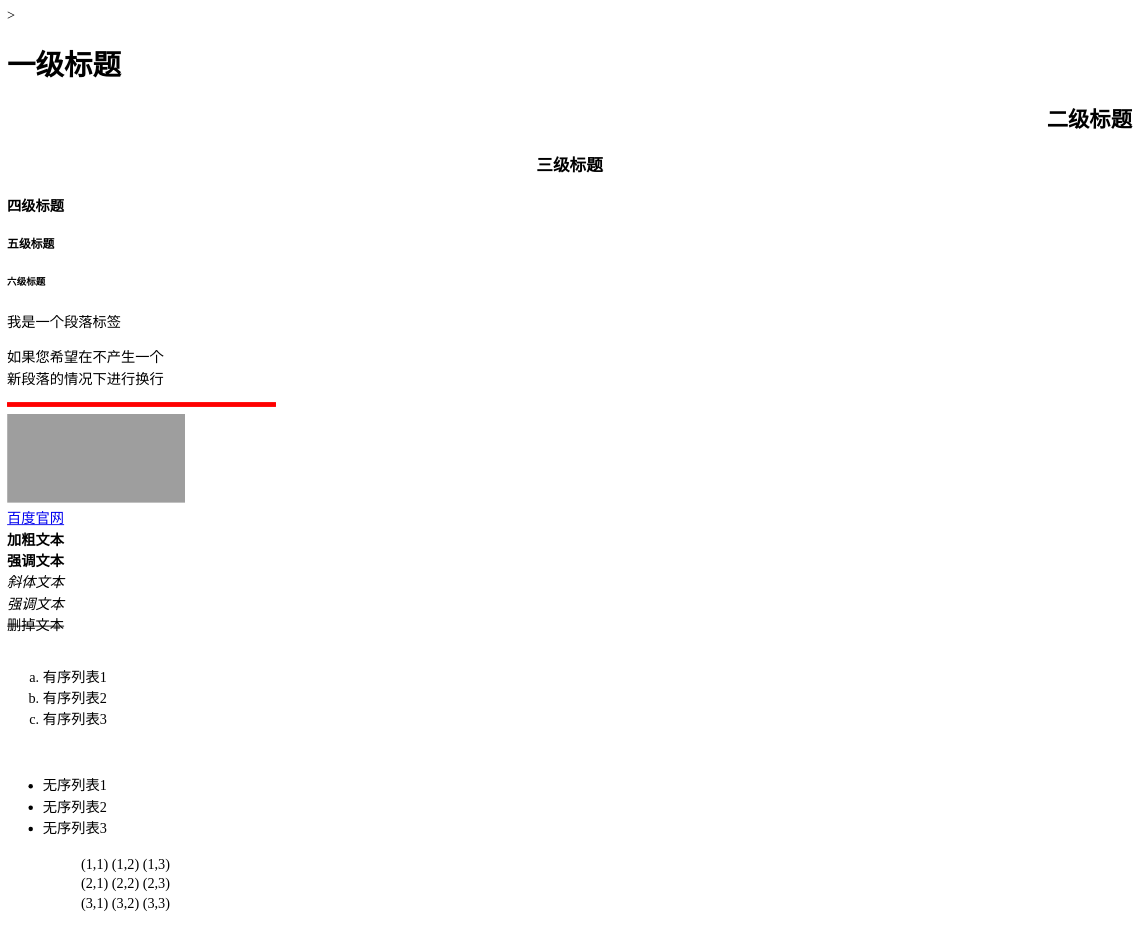
Repository: yuanliumaker/html-css-js
Page: hello.html
An editor plug-in stored every save of this project. The page is shown before and after the next save, followed by the edit.
The browser window is 1280 px wide. The pictures show the whole page, at 89% of full size.
Pictures or frames that could not be fetched are drawn as grey boxes.

Above is the page before, as saved 2025-08-29 10:10:53.

After the next save:
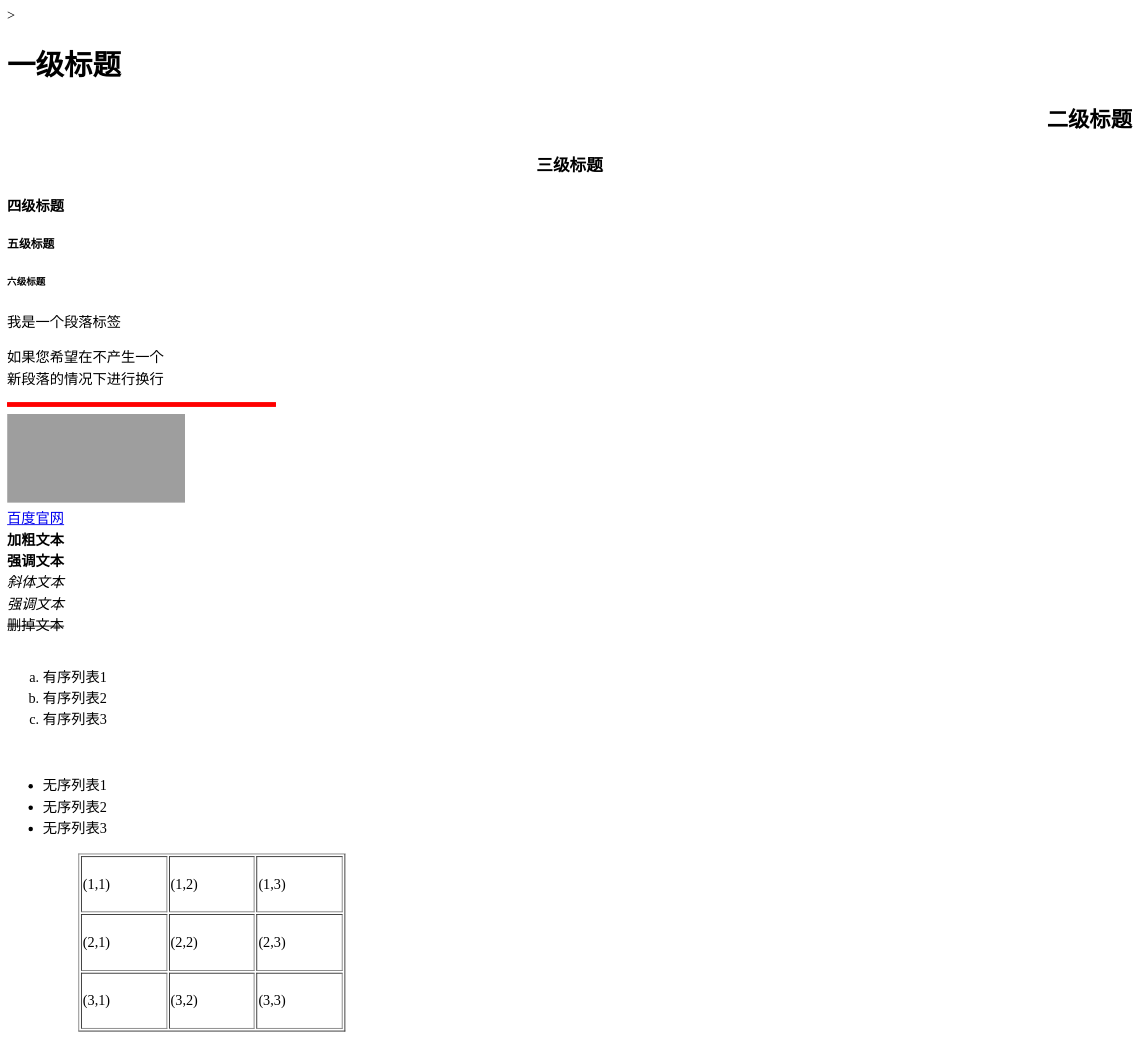
Saved 4 min 25 s later.
--- a/hello.html
+++ b/hello.html
@@ -47,9 +47,12 @@
         <li>无序列表2</li>
         <li>无序列表3</li>
     <ul>
-    <!--表格 tr：行 td:列-->
+
+
+
+    <!--表格 tr：行 td:列 border:设置表格的边框 width:设置表格宽度 height:表格高度-->
     <br>
-    <table>
+    <table border="1" width="300px" height="200px">
         <tr>
             <td>(1,1)</td>
             <td>(1,2)</td>
